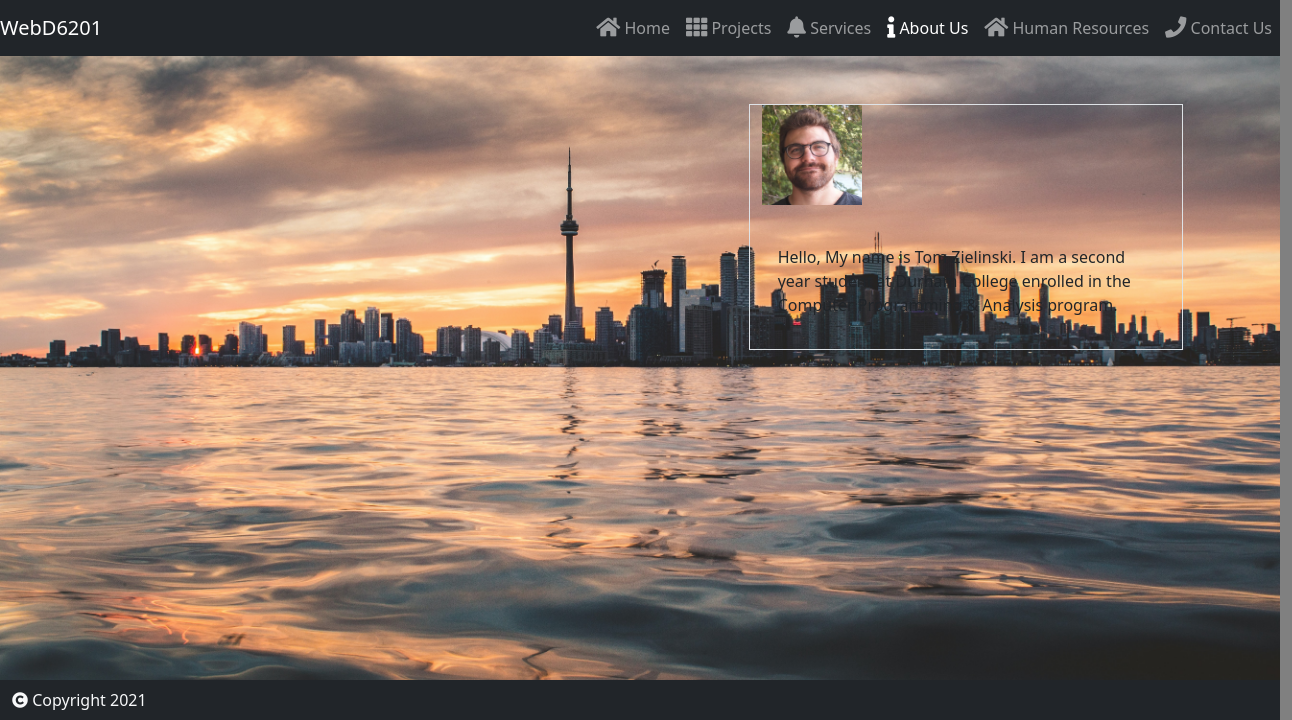
Repository: Tomelinski/Webd6201-Lab02
Page: about.html
The author's editor kept a copy of each file at every save. The page is drawn from the files as they stood at one save, then again after the next save.
The browser window is 1280 px wide. The page is 1292 px wide, so the pictures cover 1292 px, including what lies to the right of the window. The pictures show the whole page.

Above is the page before, as saved 2021-02-05 17:42:41.

After the next save:
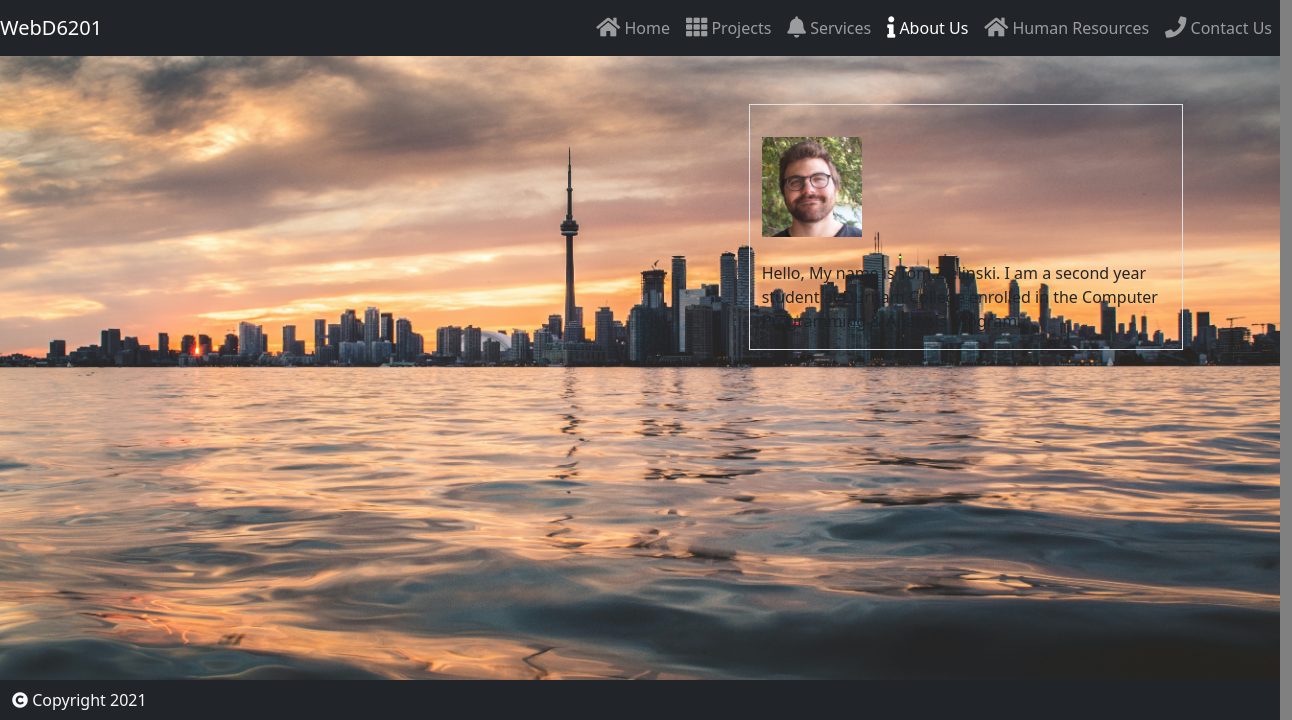
Saved 2 min 16 s later.
--- a/Scripts/app.js
+++ b/Scripts/app.js
@@ -66,10 +66,8 @@
     function displayAboutPage() {
 
 
-        let About = document.getElementById("about-tom-pic");
-        let AboutT = document.getElementById("about-tom-content");
+        let About = document.getElementById("about-tom");
         let pic = document.createElement("img");
-        pic.setAttribute("class", "image-fluid");
         pic.setAttribute("src", "../Pictures/Tom.jpeg");
         pic.setAttribute("height", "100");
         pic.setAttribute("width", "100");
@@ -79,7 +77,7 @@
         aboutTom.innerHTML = `</br><p>Hello, My name is Tom Zielinski. I am a second year student at Durham College enrolled in the Computer Programming & Analysis program.</p>`;
 
         About.appendChild(pic);
-        AboutT.appendChild(aboutTom);
+        About.appendChild(aboutTom);
     }
 
     /** displayContactPage() - Loads the Content for contact.html */
